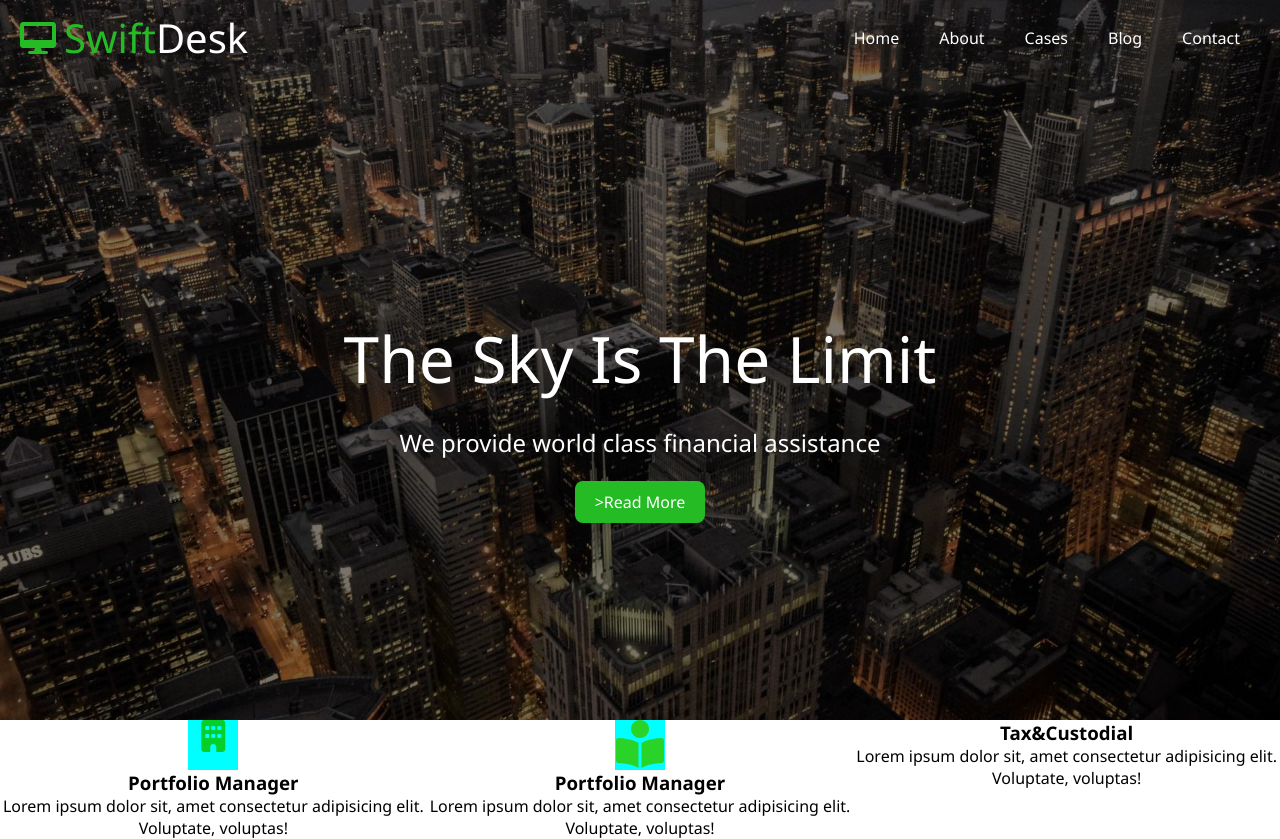
Repository: reemoon-ctrl/swiftdisk-Website-Flexbox
Page: index.html
The author's editor kept a copy of each file at every save. The page is drawn from the files as they stood at one save, then again after the next save.
The browser window is 1280 px wide. The pictures show the whole page.

Above is the page before, as saved 2024-07-26 21:44:57.

After the next save:
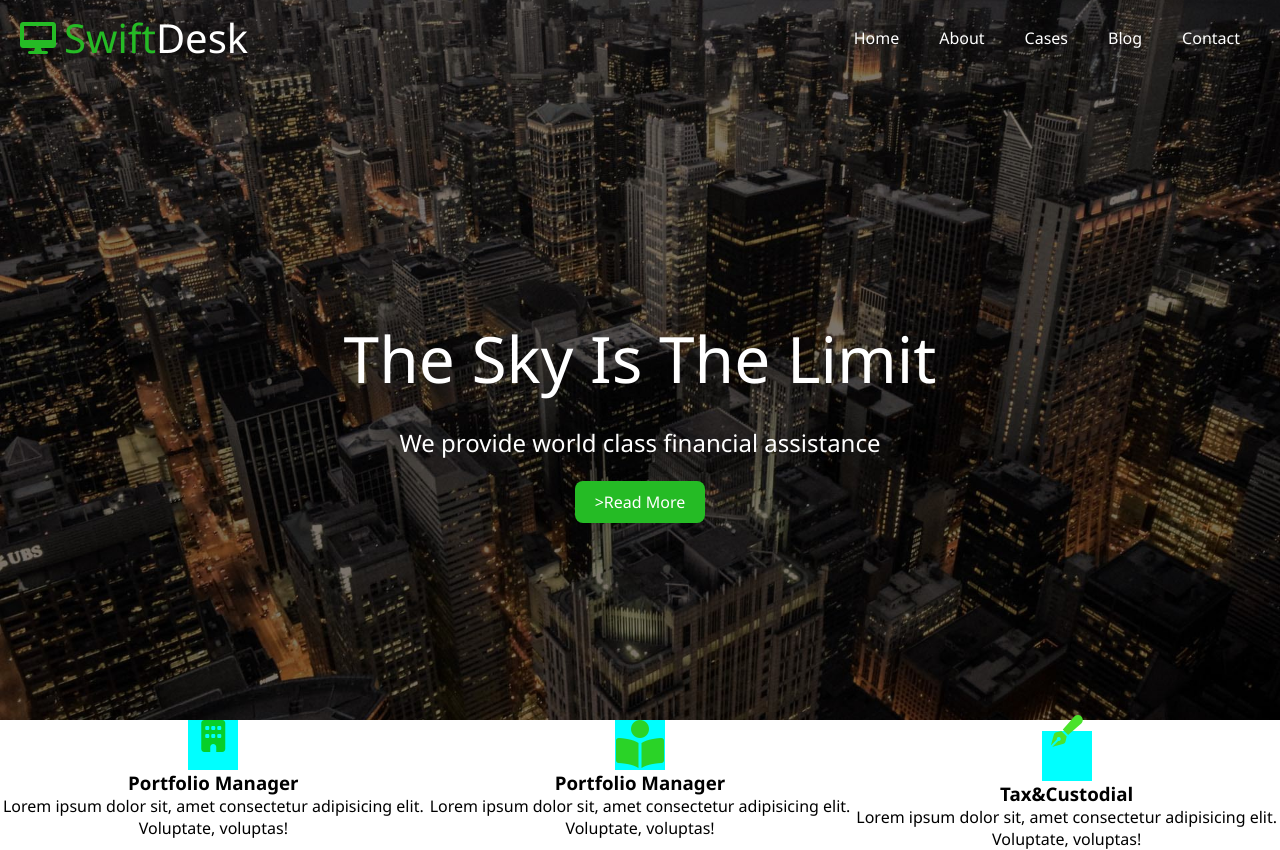
Saved 2 min 22 s later.
--- a/index.html
+++ b/index.html
@@ -117,7 +117,7 @@
                 </li>
                 <li><i class="fa fa-book-open-reader fa-3x"class="icon" style="color: #2ad327;"></i><h3>Portfolio Manager</h3>
                     <p>Lorem ipsum dolor sit, amet consectetur adipisicing elit. Voluptate, voluptas!</p></li>
-                <li><h3>Tax&Custodial</h3>
+                <li><i class="fa-solid fa-pen-fancy fa-2xl" style="color: #4ae22c;"></i><h3>Tax&Custodial</h3>
                     <p>Lorem ipsum dolor sit, amet consectetur adipisicing elit. Voluptate, voluptas!</p></li>
             </ul>
         </div>
